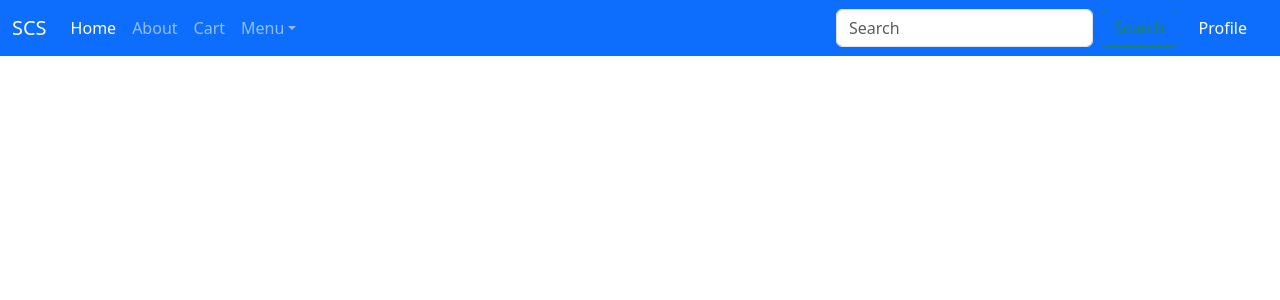
Repository: gitYash03/smart-canteen-system
Page: /
An editor plug-in stored every save of this project. The page is shown before and after the next save, followed by the edit.
The browser window is 1280 px wide. The pictures show the whole page.
The project was rebuilt for these pictures with package versions that can differ from the ones it lists, and the page was loaded fresh each time. Also part of the build but not shown: src/App.css.

Above is the page before, as saved 2023-08-09 12:55:17.

After the next save:
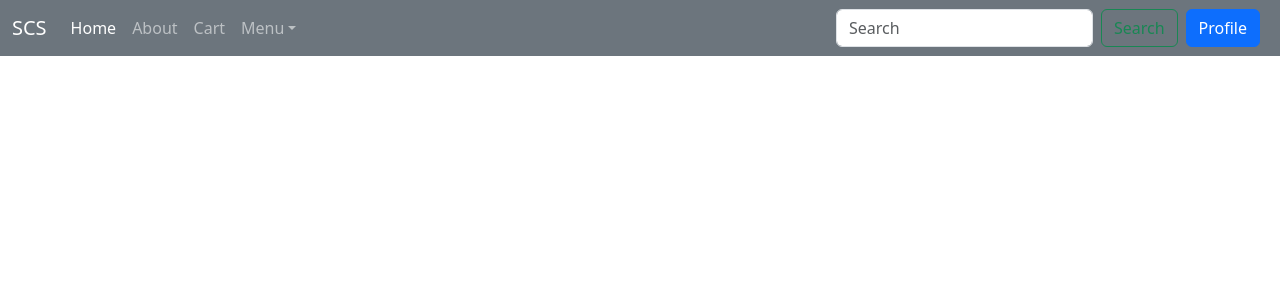
Saved 8 s later.
--- a/src/Components/Navbar.js
+++ b/src/Components/Navbar.js
@@ -3,7 +3,7 @@
 export default function Navbar() {
   return (
     <>
-    <nav className="navbar navbar-expand-lg navbar-dark bg-primary ">
+    <nav className="navbar navbar-expand-lg navbar-dark bg-secondary ">
         <div className="container-fluid">
             <a className="navbar-brand" href="/">SCS</a>
             <button className="navbar-toggler" type="button" data-bs-toggle="collapse" data-bs-target="/navbarSupportedContent" aria-controls="navbarSupportedContent" aria-expanded="false" aria-label="Toggle navigation">
